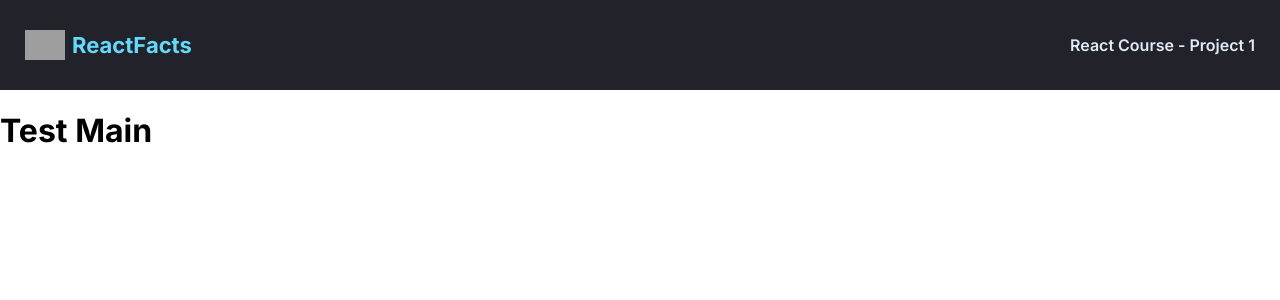
Repository: evemcd/scrimba-react2
Page: / (app in vite-react/)
The author's editor kept a copy of each file at every save. The page is drawn from the files as they stood at one save, then again after the next save.
The browser window is 1280 px wide. The pictures show the whole page.
Pictures or frames that could not be fetched are drawn as grey boxes. The project was rebuilt for these pictures with package versions that can differ from the ones it lists, and the page was loaded fresh each time. Also part of the build but not shown: vite-react/vite.config.js.

Above is the page before, as saved 2023-08-04 11:54:30.

### vite-react/index.html
<!doctype html>
<html lang="en">

<head>
  <meta charset="UTF-8" />
  <meta name="viewport" content="width=device-width, initial-scale=1.0" />
  <link rel="preconnect" href="https://fonts.googleapis.com">
  <link rel="preconnect" href="https://fonts.gstatic.com" crossorigin>
  <link
    href="https://fonts.googleapis.com/css2?family=Inter:wght@400;600;700&family=Roboto+Condensed:wght@300;400;700&family=Roboto:ital,wght@0,400;0,700;0,900;1,300&display=swap"
    rel="stylesheet">
  <link rel="stylesheet" href="./src/index.css">
  <title>ReactFacts</title>
</head>

<body>
  <div id="root"></div>
  <script type="module" src="/src/index.jsx"></script>
</body>

</html>

### vite-react/src/index.css
* {
  box-sizing: border-box;
}

body {
  margin: 0;
  font-family: Inter, sans-serif;
}

nav {
  display: flex;
  align-items: center;
  background-color: #21222A;
  height: 90px;
  padding: 30px 25px;
}

.nav--icon {
  height: 30px;
  margin-right: 7px;
}

.nav--logo_text {
  color: #61DAFB;
  margin: 0;
  margin-right: auto;
  font-weight: 700;
  font-size: 22px;
}

.nav--title {
  margin: 0;
  color: #DEEBF8;
  font-weight: 600;
}

### vite-react/src/index.jsx
import React from 'react'
import ReactDOM from 'react-dom'
import App from './App.jsx'



ReactDOM.render(
  <App />,
  document.getElementById('root'))

### vite-react/src/App.jsx
import React from 'react'
import Navbar from './components/Navbar.jsx'
import Main from './components/Main.jsx'

export default function App() {
    return (
        <div className="container">
            <Navbar />
            <Main />
        </div>
    )
}

### vite-react/src/components/Navbar.jsx
import '../index.css'

export default function Navbar() {
    return (
        <nav>
            <img src="../../public/img/react-logo.png" className='nav--icon' />
            <h3 className='nav--logo_text'>ReactFacts</h3>
            <h4 className='nav--title'>React Course - Project 1</h4>
        </nav>
    )
}

### vite-react/src/components/Main.jsx
export default function Main() {
    return (
        <h1>Test Main</h1>
    )
}

After the next save:
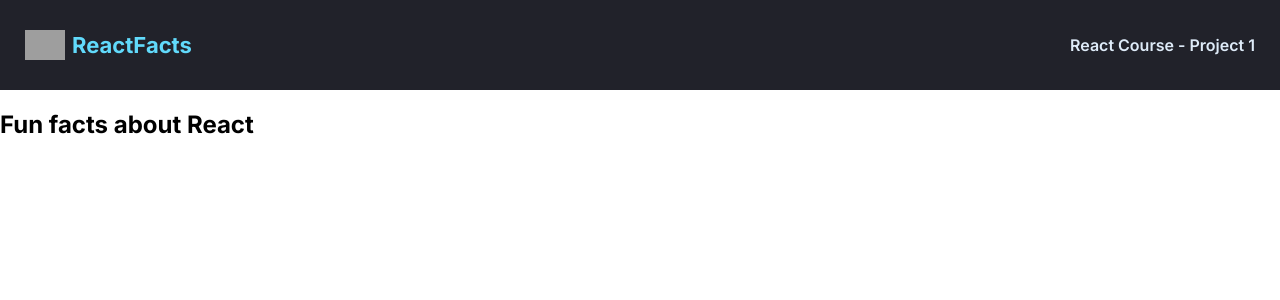
Saved 82 s later.
--- a/vite-react/src/components/Main.jsx
+++ b/vite-react/src/components/Main.jsx
@@ -1,5 +1,7 @@
 export default function Main() {
     return (
-        <h1>Test Main</h1>
+        <main>
+            <h2>Fun facts about React</h2>
+        </main>
     )
 }
